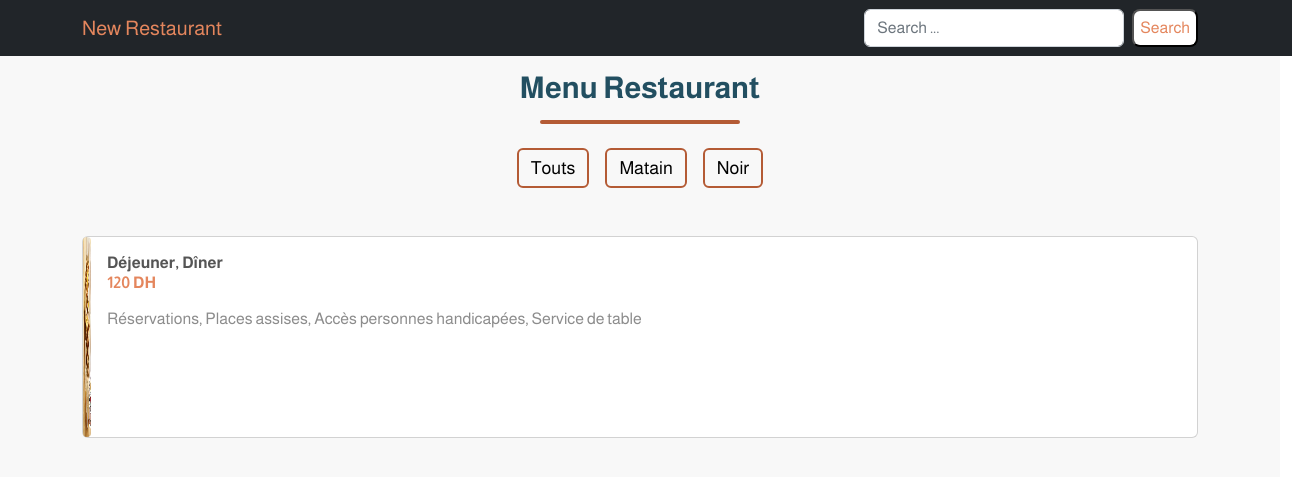
Repository: SD-Mdouka/react-table
Page: /
The author's editor kept a copy of each file at every save. The page is drawn from the files as they stood at one save, then again after the next save.
The browser window is 1280 px wide. The page is 1292 px wide, so the pictures cover 1292 px, including what lies to the right of the window. The pictures show the whole page.
The project was rebuilt for these pictures with package versions that can differ from the ones it lists, and the page was loaded fresh each time.

Above is the page before, as saved 2022-10-06 17:36:24.

### public/index.html
<!DOCTYPE html>
<html lang="en">

<head>
    <meta charset="utf-8" />
    <link rel="icon" href="%PUBLIC_URL%/favicon.ico" />
    <meta name="viewport" content="width=device-width, initial-scale=1" />
    <meta name="theme-color" content="#000000" />
    <meta name="description" content="Web site created using create-react-app" />
    <link rel="apple-touch-icon" href="%PUBLIC_URL%/logo192.png" />
    <!--
      manifest.json provides metadata used when your web app is installed on a
      user's mobile device or desktop. See https://developers.google.com/web/fundamentals/web-app-manifest/
    -->
    <link rel="manifest" href="%PUBLIC_URL%/manifest.json" />
    <link rel="preconnect" href="https://fonts.googleapis.com" />
    <link rel="preconnect" href="https://fonts.gstatic.com" crossorigin />
    <link href="https://fonts.googleapis.com/css2?family=Almarai:wght@300;400;700;800&family=Cairo:wght@300&display=swap" rel="stylesheet" />

    <link rel="stylesheet" href="https://cdn.jsdelivr.net/npm/bootstrap@5.2.0-beta1/dist/css/bootstrap.min.css" integrity="sha384-0evHe/X+R7YkIZDRvuzKMRqM+OrBnVFBL6DOitfPri4tjfHxaWutUpFmBp4vmVor" crossorigin="anonymous" />
    <title>React App</title>
</head>

<body>
    <noscript>You need to enable JavaScript to run this app.</noscript>
    <div id="root"></div>
    <!--
      This HTML file is a template.
      If you open it directly in the browser, you will see an empty page.

      You can add webfonts, meta tags, or analytics to this file.
      The build step will place the bundled scripts into the <body> tag.

      To begin the development, run `npm start` or `yarn start`.
      To create a production bundle, use `npm run build` or `yarn build`.
    -->
</body>

</html>

### src/App.tsx
import React from "react";
import { Container } from "react-bootstrap";
import "./App.css";
import NavBar from "./components/Navbar";
import Header from "./components/Header";
import Category from "./components/Category";
import ItemsList from "./components/ItemsList";

const App = () => {
  return (
    <div className="color-body font">
      <NavBar />
      <Container>
        <Header />
        <Category />
        <ItemsList />
      </Container>
    </div>
  );
};

export default App;

### src/App.css
.color-body {
    background-color: #f8f8f8;
    height: 100vh;
}

.font {
    font-family: "Almarai", sans-serif;
}

.title {
    color: #224f61;
    font-family: Almarai;
    font-size: 30px;
    font-weight: bold;
    letter-spacing: 0;
    line-height: 64px;
}

.underline {
    height: 1px;
    width: 200px;
    border-radius: 10px;
    border: 2px solid #b45b35;
    background-color: #e4865d;
}

.btn {
    color: black !important;
    font-family: Almarai !important;
    font-size: 18px !important;
    letter-spacing: 0 !important;
    line-height: 24px !important;
    border: 2px solid #b45b35 !important;
}

.btn:hover {
    color: #fff !important;
    font-family: Almarai !important;
    font-size: 18px !important;
    font-weight: bold !important;
    letter-spacing: 0 !important;
    line-height: 24px !important;
    border-radius: 11px !important;
    border: none !important;
    background: #e4865d !important;
    -webkit-border-radius: 11px !important;
    -moz-border-radius: 11px !important;
    -ms-border-radius: 11px !important;
    -o-border-radius: 11px !important;
    transition: all 1s;
    -webkit-transition: all 1s;
    -moz-transition: all 1s;
    -ms-transition: all 1s;
    -o-transition: all 1s;
}

.img-item {
    height: 200px;
    width: 8px;
    border-radius: 5px;
}

.item-description {
    color: #8c8c8c;
    font-family: Almarai;
    font-size: 16px;
    letter-spacing: 0;
    line-height: 20px;
}

.item-title {
    color: #555555;
    font-family: Almarai;
    font-size: 16px;
    font-weight: bold;
    letter-spacing: 0;
    line-height: 20px;
}

.card-color {
    background-color: #f8f8f8;
}

.item-price {
    color: #e4865d;
    font-family: Almarai;
    font-size: 16px;
    font-weight: bold;
    letter-spacing: 0;
    line-height: 20px;
}

.btn-search {
    color: #e4865d;
    border-radius: 3px solid #e4865d;
    border-radius: 8px;
    background-color: white;
    -webkit-border-radius: 3px solid #e4865d;
    -moz-border-radius: 3px solid #e4865d;
    -ms-border-radius: 3px solid #e4865d;
    -o-border-radius: 3px solid #e4865d;
}

.btn-search:hover {
    color: white;
    border-radius: 3px solid white;
    background-color: #e4865d;
    border-radius: 8px;
    -webkit-border-radius: 3px solid white;
    -moz-border-radius: 3px solid white;
    -ms-border-radius: 3px solid white;
    -o-border-radius: 3px solid white;
}

.brand-color {
    color: #e4865d;
}

### src/components/Navbar.tsx
import { Container, Navbar, Row, Nav, Form } from "react-bootstrap";

const NavBar = () => {
  return (
    <Row>
      <Navbar bg="dark" variant="dark">
        <Container>
          <Navbar.Brand href="#">
            <div className="brand-color">New Restaurant</div>
          </Navbar.Brand>
          <Navbar.Toggle aria-controls="navbarScroll" />
          <Navbar.Collapse id="navbarScroll">
            <Nav
              className="me-auto my-2 my-lg-0"
              style={{ maxHeight: "100px" }}
              navbarScroll
            ></Nav>
            <Form className="d-flex">
              <Form.Control
                type="text"
                placeholder="Search ..."
                className="mx-2"
              />
              <button className="btn-search">Search</button>
            </Form>
          </Navbar.Collapse>
        </Container>
      </Navbar>
    </Row>
  );
};

export default NavBar;

### src/components/Header.tsx
import { Row, Col } from "react-bootstrap";

const Header = () => {
  return (
    <Row>
      <Col sm="12" className="justify-content-center text-center">
        <div className="title">Menu Restaurant</div>
        <div className="justify-content-center d-flex">
          <p className="underline"></p>
        </div>
      </Col>
    </Row>
  );
};

export default Header;

### src/components/Category.tsx
import { Row, Col } from "react-bootstrap";

const Category = () => {
  return (
    <Row className="my-2 mb-5">
      <Col sm="12" className="d-flex justify-content-center">
        <div>
          <button className="btn mx-2">Touts</button>
          <button className="btn mx-2">Matain</button>
          <button className="btn mx-2">Noir</button>
        </div>
      </Col>
    </Row>
  );
};

export default Category;

### src/components/ItemsList.tsx
import { Row, Col, Card } from "react-bootstrap";

const ItemsList = () => {
  return (
    <Row className="">
      <Col sm="12" className="mb-3">
        <Card className="d-flex flex-row">
          <Card.Img
            className="img-item"
            variant="top"
            src="ra68-TACOS-DE-LILLE-food.jpg"
          />
          <Card.Body>
            <Card.Title>
              <div className="item-title">Déjeuner, Dîner</div>
              <div className="item-price">120 DH</div>
            </Card.Title>
            <Card.Text className="py-2">
              <div className="item-description">
                Réservations, Places assises, Accès personnes handicapées,
                Service de table
              </div>
            </Card.Text>
          </Card.Body>
        </Card>
      </Col>
    </Row>
  );
};

export default ItemsList;

Loaded but not shown: src/index.tsx (common file); src/index.css (common file); src/reportWebVitals.ts (common file)

After the next save:
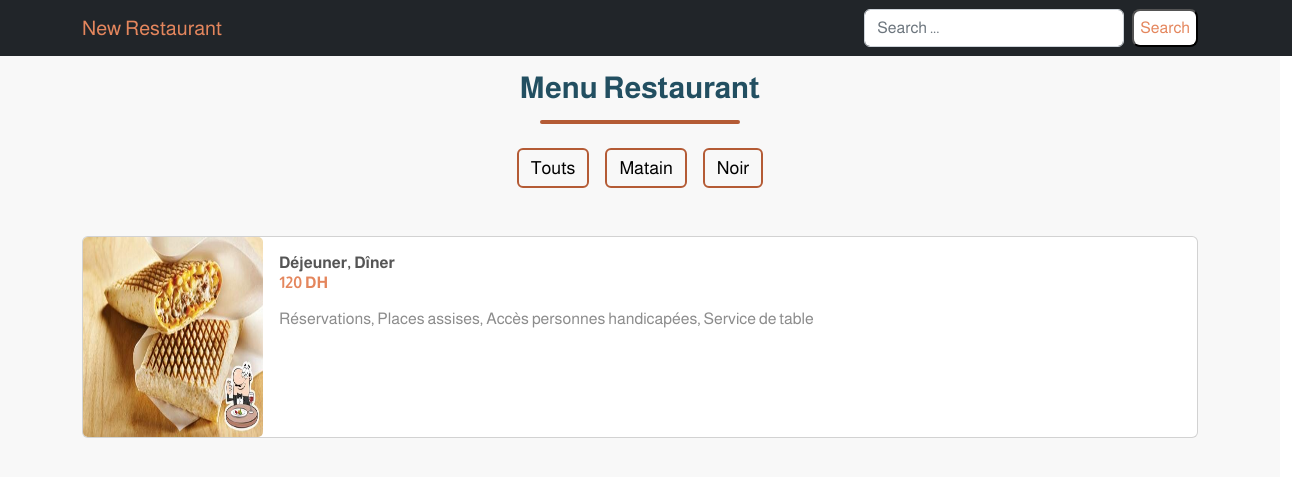
Saved 20 s later.
--- a/src/App.css
+++ b/src/App.css
@@ -55,8 +55,8 @@
 }
 
 .img-item {
-    height: 200px;
-    width: 8px;
+    height: 200px !important;
+    width: 180px !important;
     border-radius: 5px;
 }
 
